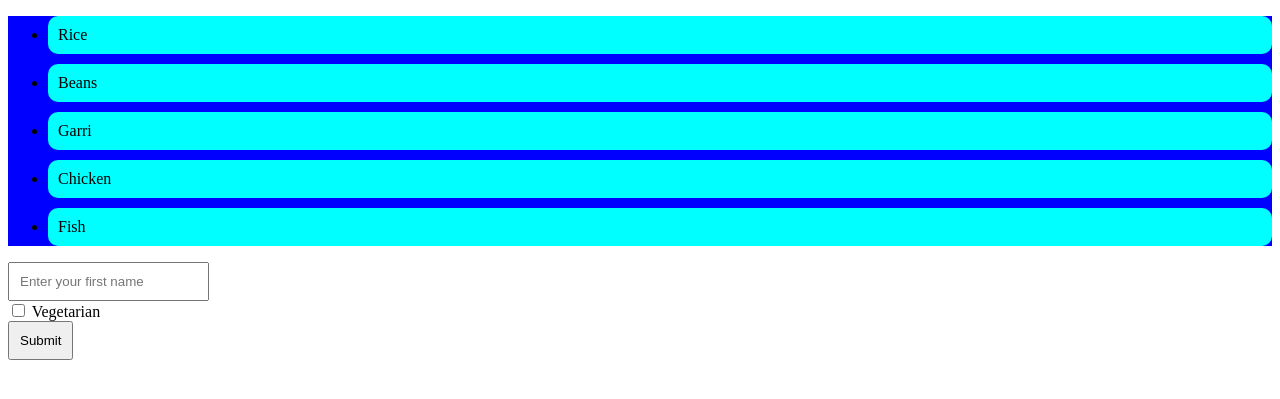
Repository: latenightsnacc/HTML-LESSONS
Page: WEB-DESIGN-2/lessons/pseudoClasses.html
An editor plug-in stored every save of this project. The page is shown before and after the next save, followed by the edit.
The browser window is 1280 px wide. The pictures show the whole page.

Above is the page before, as saved 2021-09-28 12:15:05.

### WEB-DESIGN-2/lessons/pseudoClasses.html
<!DOCTYPE html>
<html lang="en">
<head>
    <meta charset="UTF-8">
    <meta http-equiv="X-UA-Compatible" content="IE=edge">
    <meta name="viewport" content="width=device-width, initial-scale=1.0">
    <title>Pseudo Classes</title>
    <style>
        .list {
            background-color: aliceblue;
        }
        li {
            padding: 10px;
            background-color: aqua;
            margin: 10px 0px;
            border-radius: 10px;
        }
      .list:first-child {
          background-color: blue;
      }
        .input {
            padding: 10px;
            outline: none;
            display: block;
        }
        .input:focus {
            border: 2px solid salmon;
        }
        .input:focus-within {
            border: 2px solid salmon !important;
        }
        .checked:checked{
            background-color: blue !important;
        }
    </style>
</head>
<body>
    <ul class="list">
        <li>Rice</li>
        <li>Beans</li>
        <li>Garri</li>
        <li>Chicken</li>
        <li>Fish</li>
    </ul>
    <form name="contact" id="contact" class="form" method="" action="form.php">
        <input class="input" type="text" name="fname" id="fname" placeholder="Enter your first name" />
        <input class="checked" type="checkbox" name="vegetarian" value="Vegetarian" />
        <label for="vegetarian">Vegetarian</label>
        <input class="input" type="button" value="Submit"/>
    </form>
</body>
</html>

After the next save:
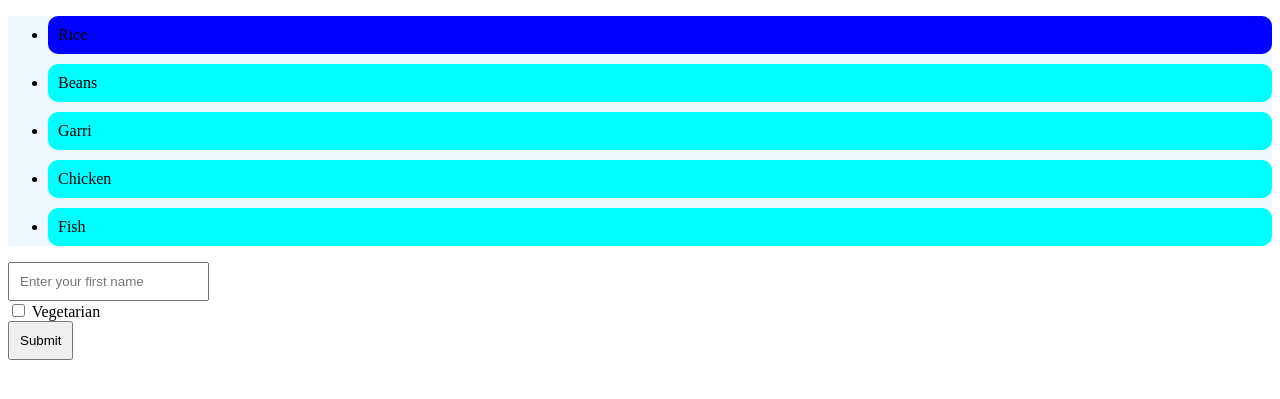
Saved 2 min 30 s later.
--- a/WEB-DESIGN-2/lessons/pseudoClasses.html
+++ b/WEB-DESIGN-2/lessons/pseudoClasses.html
@@ -15,7 +15,7 @@
             margin: 10px 0px;
             border-radius: 10px;
         }
-      .list:first-child {
+      .list li:first-child {
           background-color: blue;
       }
         .input {
